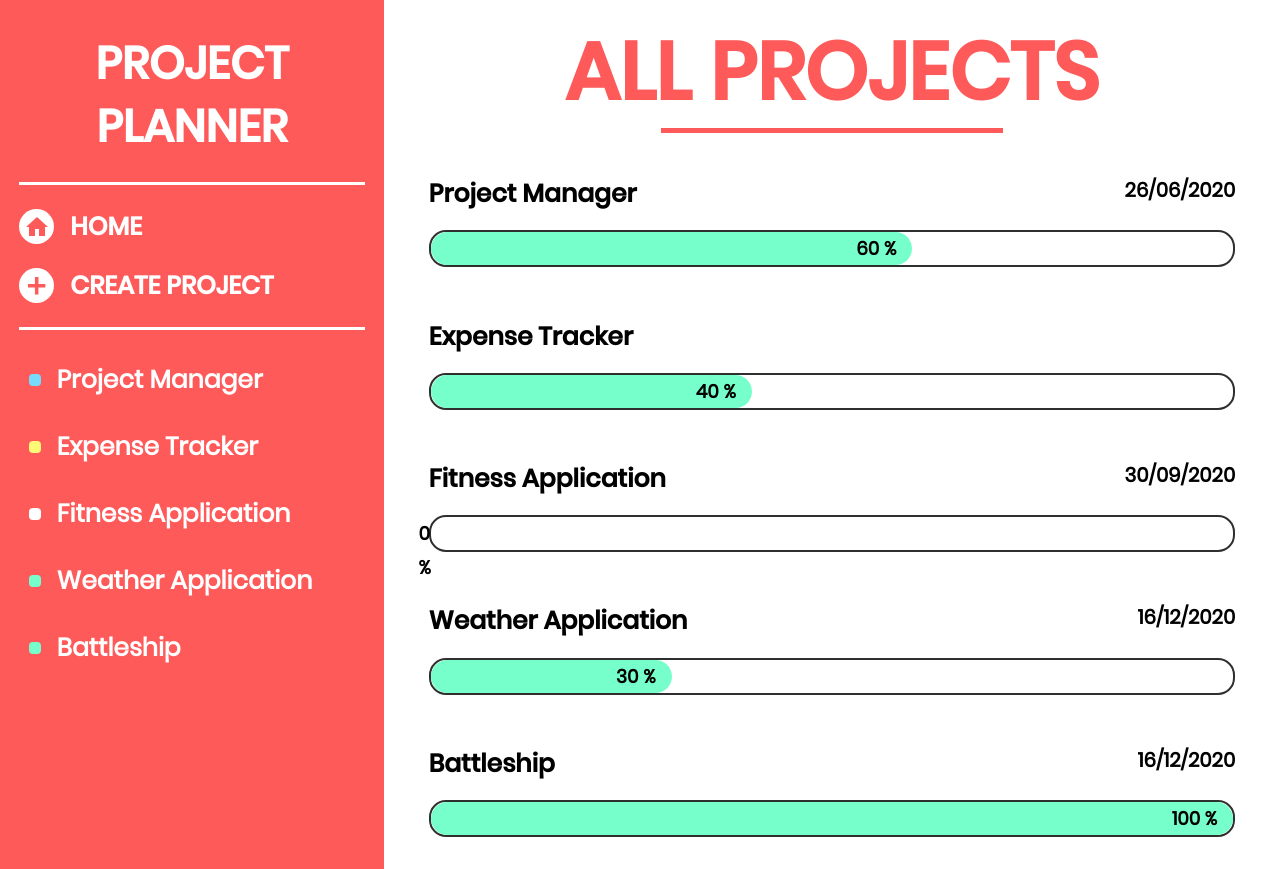
Repository: AzharMoosa/project-manager
Page: /
The author's editor kept a copy of each file at every save. The page is drawn from the files as they stood at one save, then again after a run of saves.
The browser window is 1280 px wide. The pictures show the whole page.
The project was rebuilt for these pictures with package versions that can differ from the ones it lists, and the page was loaded fresh each time.

Above is the page before, as saved 2020-06-22 11:23:21.

### public/index.html
<!DOCTYPE html>
<html lang="en">
  <head>
    <meta charset="utf-8" />
    <link rel="icon" href="%PUBLIC_URL%/favicon.ico" />
    <meta name="viewport" content="width=device-width, initial-scale=1" />
    <meta name="theme-color" content="#000000" />
    <meta
      name="description"
      content="Web site created using create-react-app"
    />
    <link rel="apple-touch-icon" href="%PUBLIC_URL%/logo192.png" />

    <link rel="manifest" href="%PUBLIC_URL%/manifest.json" />

    <title>Project Planner</title>
  </head>
  <body>
    <noscript>You need to enable JavaScript to run this app.</noscript>
    <div id="root"></div>
  </body>
</html>

### src/App.js
import React from "react";
import Sidebar from "./components/sidebar/Siebar";
import Home from "./components/home/Home";
import { ProjectProvider } from "./ProjectContext";

import "./App.css";

function App() {
  return (
    <ProjectProvider>
      <div className='container'>
        <Sidebar />
        <Home />
      </div>
    </ProjectProvider>
  );
}

export default App;

### src/components/sidebar/Siebar.js
import React from "react";
import Header from "./Header";
import ProjectList from "../project-list/ProjectList";

const Siebar = () => {
  return (
    <div className='sidebar'>
      <Header />
      <ProjectList />
    </div>
  );
};

export default Siebar;

### src/components/home/Home.js
import React, { useContext } from "react";
import ProgectProgress from "./ProgectProgress";
import { ProjectContext } from "../../ProjectContext";

const Home = () => {
  // eslint-disable-next-line
  const [projects, setProjects] = useContext(ProjectContext);

  return (
    <div className='home'>
      <h1 className='home-title'>ALL PROJECTS</h1>
      {projects.map((project) => (
        <ProgectProgress
          name={project.name}
          date={project.date}
          progress={project.progress}
          key={project.id}
        />
      ))}
    </div>
  );
};

export default Home;

### src/ProjectContext.js
import React, { useState, createContext } from "react";

export const ProjectContext = createContext();

export const ProjectProvider = (props) => {
  const [projects, setProjects] = useState([
    {
      name: "Project Manager",
      overview:
        "A project management application which allows you to plan personal projects and track its progress.  Create detail plans of projects before developing projects.",
      tools: ["HTML", "CSS", "JAVASCRIPT", "REACT"],
      progress: 60,
      tasks: [
        "Create Project Plans",
        "Todo List for Each Project",
        "Track Progress",
        "Priority List",
        "Choose Tools In Each Project",
        "Clean And Simple Design",
        "Use REACT",
      ],
      color: "blue",
      date: "26/06/2020",
      id: 28392,
    },

    {
      name: "Expense Tracker",
      overview:
        "A expense tracker application which allows you to budget and track your savings.  Track what expenses you have",
      tools: ["HTML", "CSS", "JAVASCRIPT", "REACT"],
      progress: 40,
      tasks: [
        "Expenses In And Out",
        "Current Balance",
        "Highest Money Out",
        "Clean And Simple Design",
        "Use REACT",
      ],
      color: "yellow",
      date: "",
      id: 2032,
    },

    {
      name: "Fitness Application",
      overview:
        "A fitness application which can track workouts and meal plans. Plan exercise routines and meal plans all in one hub.",
      tools: [
        "HTML",
        "CSS",
        "JAVASCRIPT",
        "REACT",
        "NODEJS",
        "EXPRESS",
        "MONGODB",
      ],
      progress: 0,
      tasks: [
        "Exercise Plan",
        "Diet Plan",
        "Clean And Simple Design",
        "Use REACT",
      ],
      color: "white",
      date: "30/09/2020",
      id: 203234,
    },

    {
      name: "Weather Application",
      overview:
        "A weather application which can track weather and climate. See weather and climate for different locations all around the world.",
      tools: ["HTML", "CSS", "JAVASCRIPT", "REACT", "ADOBE XD"],
      progress: 30,
      tasks: [
        "Weather",
        "Temp, Humidity, Pressure",
        "Clean And Simple Design",
        "Use REACT",
      ],
      color: "green",
      date: "16/12/2020",
      id: 20327734,
    },

    {
      name: "Battleship",
      overview: "Battleship created in REACT and using Javascript Testing.",
      tools: ["HTML", "CSS", "JAVASCRIPT", "REACT", "ADOBE XD", "JEST"],
      progress: 100,
      tasks: [
        "Battleship Game",
        "Using Testing",
        "Clean And Simple Design",
        "Use REACT",
      ],
      color: "green",
      date: "16/12/2020",
      id: 20327734,
    },
  ]);

  return (
    <ProjectContext.Provider value={[projects, setProjects]}>
      {props.children}
    </ProjectContext.Provider>
  );
};

### src/App.css
:root {
  --red: #ff5a5a;
  --green: #76ffca;
  --blue: #76daff;
  --yellow: #fffa76;
  --purple: #ab76ff;
}

/* CSS RESET */

* {
  margin: 0;
  padding: 0;
  box-sizing: border-box;
}

/* Fonts */

@font-face {
  font-family: "Poppins-Med";
  src: url("./fonts/Poppins-Medium.ttf");
}

@font-face {
  font-family: "Poppins-Reg";
  src: url("./fonts/Poppins-Regular.ttf");
}

/* Body */

body {
  font-family: "Poppins-Reg";
  line-height: 1.4;
}

/* Utilities */

/* Bullet Points */

.white:before,
.blue:before,
.yellow:before,
.green:before,
.purple:before {
  content: " ";
  height: 12px;
  width: 12px;
  margin-right: 1rem;
  border-radius: 4px;
}

.blue:before {
  background-color: var(--blue);
}

.yellow:before {
  background-color: var(--yellow);
}

.green:before {
  background-color: var(--green);
}

.purple:before {
  background-color: var(--purple);
}

.white:before {
  background-color: #fff;
}

/* Container */
.container {
  display: flex;
}

/* Sidebar */
.sidebar {
  width: 30vw;
  background-color: var(--red);
  min-height: 100vh;
  color: #fff;
}

.title {
  font-size: 45px;
  font-family: "Poppins-Med";
  text-align: center;
  padding-top: 2rem;
}

.nav-btns::after,
.nav-btns:before {
  content: " ";
  display: block;
  border-bottom: 3px solid #fff;
  width: 100%;
  margin: 1.5rem auto;
}

.nav-btns {
  width: 90%;
  margin: auto;
}

.home-btn,
.create-project-btn {
  display: flex;
  align-items: center;
  margin-top: 1.5rem;
}

.home-btn h3,
.create-project-btn h3 {
  margin-left: 1rem;
  font-family: "Poppins-Med";
  font-size: 25px;
}

.home-btn svg,
.create-project-btn svg {
  cursor: pointer;
}

/* Home */

.home {
  width: 70vw;
  display: flex;
  flex-direction: column;
}

.home-title {
  font-size: 80px;
  font-family: "Poppins-Med";
  color: var(--red);
  text-align: center;
  margin-top: 1rem;
}

.home-title:after {
  content: " ";
  display: block;
  border-bottom: 5px solid var(--red);
  width: 342px;
  margin: 0 auto 1.5rem auto;
}

/* Project Sidebar List */
.project-side {
  width: 85%;
  margin: 2rem auto;
  display: flex;
  align-items: center;
  cursor: pointer;
}

.project-side h3 {
  font-size: 25px;
}

/* Progress Bar */
.progressbar {
  width: 90%;
  background-color: #fff;
  border: 2px solid #2f2f2f;
  border-radius: 17px;
  margin: 0 auto 2rem auto;
}

.progressbar > div {
  background-color: var(--green);
  height: 33px;
  border-radius: 17px;
}

.progressbar > div h3 {
  display: flex;
  justify-content: flex-end;
  align-items: center;
  line-height: 1.8;
  margin-right: 1rem;
}

.project-title {
  width: 90%;
  margin: 1.2rem auto;
  display: flex;
  justify-content: space-between;
}

.project-title h3 {
  font-size: 25px;
  font-family: "Poppins-Med";
}

.project-title h4 {
  font-size: 20px;
  font-family: "Poppins-Reg";
}

### src/components/sidebar/Header.js
import React from "react";

const Header = () => {
  return (
    <div>
      <h1 className='title'>PROJECT PLANNER</h1>
      <div className='nav-btns'>
        <div className='home-btn'>
          <svg
            xmlns='http://www.w3.org/2000/svg'
            width='35'
            height='35'
            viewBox='0 0 35 35'
          >
            <g
              id='Home_Btn'
              data-name='Home Btn'
              transform='translate(-139 -182)'
            >
              <circle
                id='Ellipse_1'
                data-name='Ellipse 1'
                cx='17.5'
                cy='17.5'
                r='17.5'
                transform='translate(139 182)'
                fill='#fff'
              />
              <path
                id='icons8-home'
                d='M12,2.1,1,12H4v9h6V14h4v7h6V12h3Z'
                transform='translate(145 187.9)'
                fill='#ff5a5a'
              />
            </g>
          </svg>
          <h3>HOME</h3>
        </div>

        <div className='create-project-btn'>
          <svg
            xmlns='http://www.w3.org/2000/svg'
            width='35'
            height='35'
            viewBox='0 0 35 35'
          >
            <g id='Group_6' data-name='Group 6' transform='translate(-50 -242)'>
              <circle
                id='Ellipse_2'
                data-name='Ellipse 2'
                cx='17.5'
                cy='17.5'
                r='17.5'
                transform='translate(50 242)'
                fill='#fff'
              />
              <path
                id='icons8-plus'
                d='M8.922,2V8.922H2v1.538H8.922v6.922h1.538V10.461h6.922V8.922H10.461V2Z'
                transform='translate(58 250)'
                fill='#ff5a5a'
                stroke='#ff5a5a'
                strokeWidth='2'
                fillRule='evenodd'
              />
            </g>
          </svg>
          <h3>CREATE PROJECT</h3>
        </div>
      </div>
    </div>
  );
};

export default Header;

### src/components/project-list/ProjectList.js
import React, { useContext } from "react";
import { ProjectContext } from "../../ProjectContext";
import ProjectSide from "./ProjectSide";

const ProjectList = () => {
  // eslint-disable-next-line
  const [projects, setProjects] = useContext(ProjectContext);

  return (
    <div>
      {projects.map((project) => (
        <ProjectSide
          name={project.name}
          color={project.color}
          key={project.id}
        />
      ))}
    </div>
  );
};

export default ProjectList;

### src/components/home/ProgectProgress.js
import React from "react";
import ProgressBar from "./ProgressBar";

const ProgectProgress = ({ name, date, progress }) => {
  return (
    <div className='project-progress'>
      <div className='project-title'>
        <h3>{name}</h3>
        <h4>{date}</h4>
      </div>
      <ProgressBar progress={progress} />
    </div>
  );
};

export default ProgectProgress;

### src/components/project-list/ProjectSide.js
import React from "react";

const Project = ({ name, color }) => {
  return (
    <div className={`project-side ${color}`}>
      <h3>{name}</h3>
    </div>
  );
};

export default Project;

### src/components/home/ProgressBar.js
import React from "react";

const ProgressBar = ({ progress }) => {
  return (
    <div className='progressbar'>
      <div style={{ width: `${progress}%` }}>
        <h3>{progress} %</h3>
      </div>
    </div>
  );
};

export default ProgressBar;

Loaded but not shown: src/index.js (common file)

After the next 3 saves:
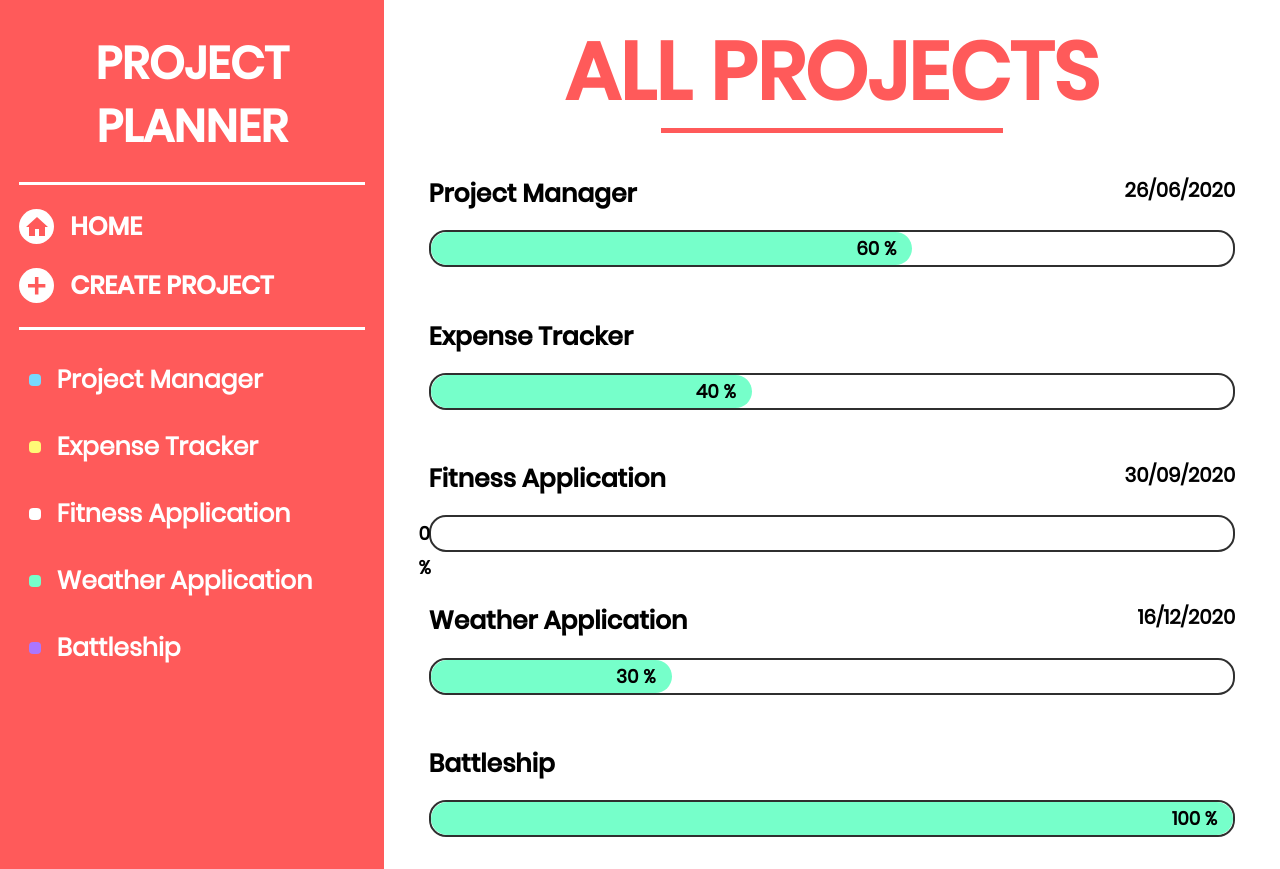
The 3 saves are shown as one change because they came seconds apart.
The last was saved 11 s later.
--- a/src/ProjectContext.js
+++ b/src/ProjectContext.js
@@ -95,9 +95,9 @@ export const ProjectProvider = (props) => {
         "Clean And Simple Design",
         "Use REACT",
       ],
-      color: "green",
-      date: "16/12/2020",
-      id: 20327734,
+      color: "purple",
+      date: "",
+      id: 2027734,
     },
   ]);
 
